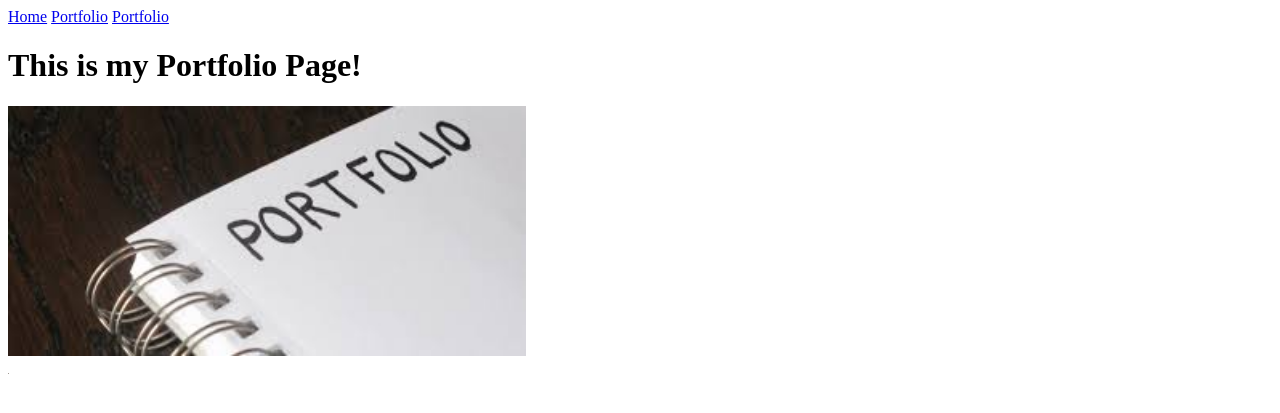
Repository: CoreyEsqueda/CoreyEsqueda.github.io
Page: my_website/aboutme.html
The author's editor kept a record of every edit. The page is drawn from the files as they stood at one moment, then again after the next edit.
The browser window is 1280 px wide. The pictures show the whole page.

Above is the page before.

### my_website/aboutme.html
<!doctype html>
	<html lang="en">
	  <head>
	    <meta charset="utf-8">
	    <title>aboutme</title>
	  </head>
	  <body>
    <a href="index.html">Home</a>
    <a href="portfolio.html">Portfolio</a>
    <a href="aboutme.html">Portfolio</a>
    <h1>This is my Portfolio Page!</h1>
    <img src="images/portfolio.jpg" height="250">
    <br>
    <a target="_blank" href="https://avatarmaker.com/">
      <img src="images/myAvatar.png" height="1">
    </a>
	  </body>
	</html>

After the next edit:
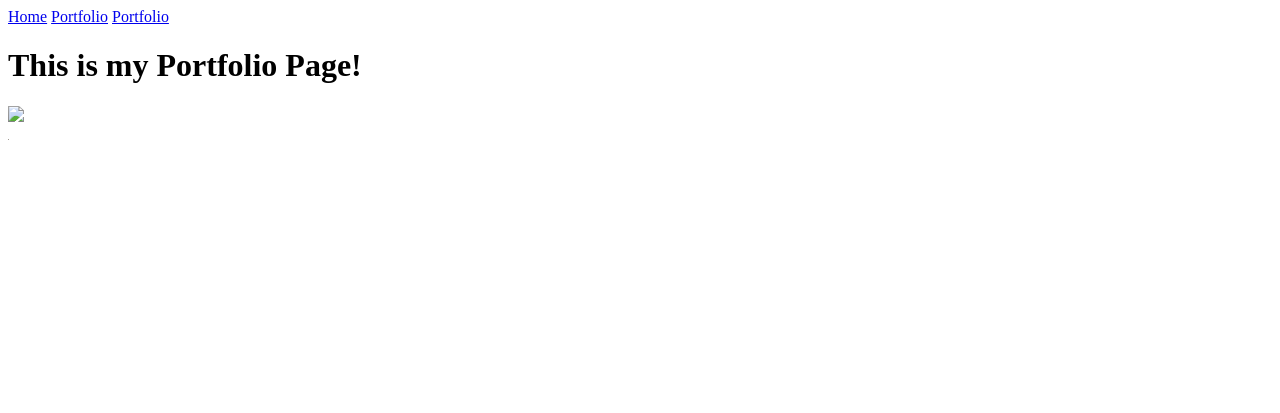
Not found: my_website/images/myAvatar.jpg
The edit:
--- a/my_website/aboutme.html
+++ b/my_website/aboutme.html
@@ -9,7 +9,7 @@
     <a href="portfolio.html">Portfolio</a>
     <a href="aboutme.html">Portfolio</a>
     <h1>This is my Portfolio Page!</h1>
-    <img src="images/portfolio.jpg" height="250">
+    <img src="images/myAvatar.jpg" height="250">
     <br>
     <a target="_blank" href="https://avatarmaker.com/">
       <img src="images/myAvatar.png" height="1">
